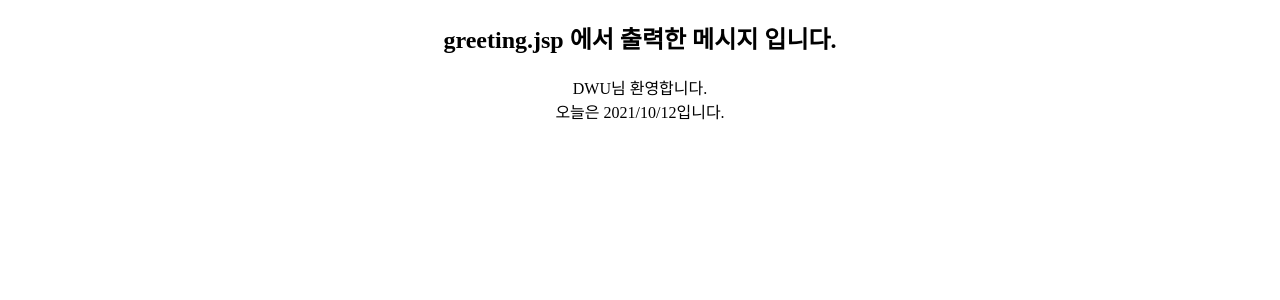
Repository: jpg723/Assignment
Page: http://localhost/LAB7_2/forward_action.jsp
The author's editor kept a copy of each file at every save. The page is drawn from the files as they stood at one save, then again after the next save.
The browser window is 1280 px wide. The pictures show the whole page.
The page is served by Tomcat 9.

Above is the page before, as saved 2021-10-24 10:07:55.

After the next save:
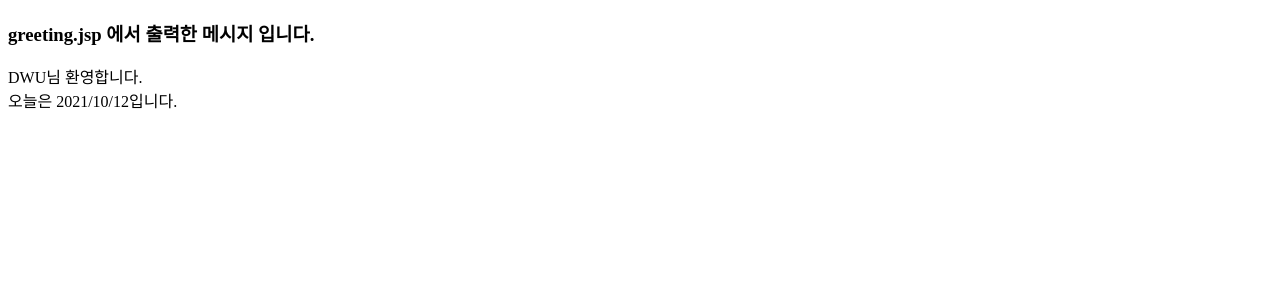
Saved 46 s later.
--- a/웹프로그래밍/LAB7_2/src/main/webapp/greeting.jsp
+++ b/웹프로그래밍/LAB7_2/src/main/webapp/greeting.jsp
@@ -4,21 +4,14 @@
 <html>
 <head>
 <meta charset="UTF-8">
-<style>
-	div {
-		text-align : center;
-	}
-</style>
 <title>greeting message</title>
 </head>
 <body>
-<div>
-	<h2>greeting.jsp 에서 출력한 메시지 입니다.</h2>
+	<h3>greeting.jsp 에서 출력한 메시지 입니다.</h3>
 	<%
 		out.println(request.getParameter("name") + "님 환영합니다." );
 		out.println("<br>");
 		out.println("오늘은 " + request.getParameter("date") + "입니다." );
 	%>
-</div>
 </body>
 </html>
